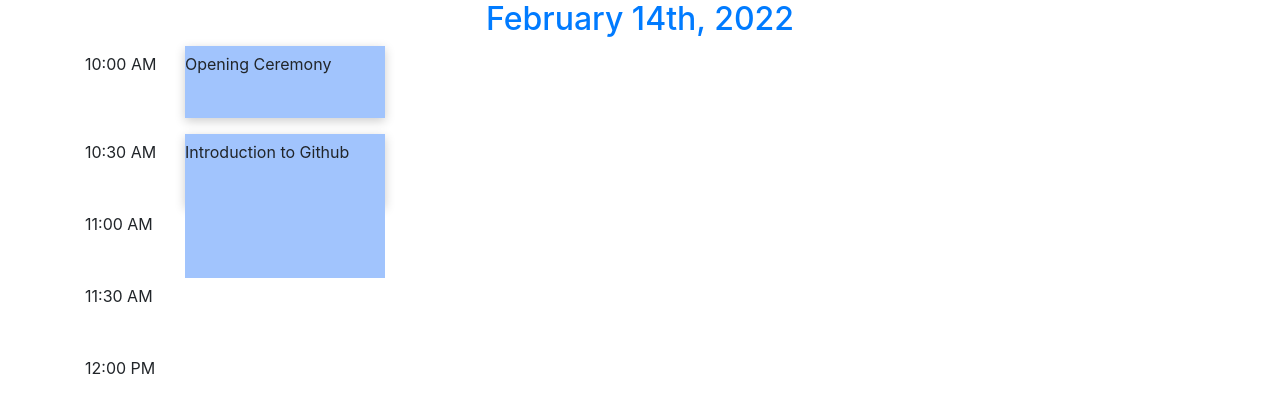
Repository: BaileyLuu/yuHacks2022
Page: public/schedule.html
The author's editor kept a copy of each file at every save. The page is drawn from the files as they stood at one save, then again after the next save.
The browser window is 1280 px wide. The pictures show the whole page.
Some web libraries are served in a nearby version.

Above is the page before, as saved 2021-11-20 13:40:44.

### public/schedule.html
<!DOCTYPE html>
<html lang="en">

<head>
    <meta charset="UTF-8">
    <meta http-equiv="X-UA-Compatible" content="IE=edge">
    <meta name="viewport" content="width=device-width, initial-scale=1.0">

    <script src="https://ajax.googleapis.com/ajax/libs/jquery/3.5.1/jquery.min.js"></script>

    <!-- Popper JS -->
    <script src="https://cdnjs.cloudflare.com/ajax/libs/popper.js/1.12.9/umd/popper.min.js"
        integrity="sha384-ApNbgh9B+Y1QKtv3Rn7W3mgPxhU9K/ScQsAP7hUibX39j7fakFPskvXusvfa0b4Q"
        crossorigin="anonymous"></script>

    <!-- Latest compiled JavaScript -->
    <script src="https://maxcdn.bootstrapcdn.com/bootstrap/4.0.0/js/bootstrap.min.js"
        integrity="sha384-JZR6Spejh4U02d8jOt6vLEHfe/JQGiRRSQQxSfFWpi1MquVdAyjUar5+76PVCmYl"
        crossorigin="anonymous"></script>

    <!-- Latest compiled and minified CSS -->
    <link rel="stylesheet" href="https://maxcdn.bootstrapcdn.com/bootstrap/4.0.0/css/bootstrap.min.css"
        integrity="sha384-Gn5384xqQ1aoWXA+058RXPxPg6fy4IWvTNh0E263XmFcJlSAwiGgFAW/dAiS6JXm" crossorigin="anonymous">

    <!-- AOS CSS Library CDN -->
    <link href="https://unpkg.com/aos@2.3.1/dist/aos.css" rel="stylesheet">
    <!-- Bootstrap Icons -->
    <link rel="stylesheet" href="https://cdn.jsdelivr.net/npm/bootstrap-icons@1.7.0/font/bootstrap-icons.css">



    <script src="https://code.jquery.com/jquery-3.2.1.slim.min.js"
        integrity="sha384-KJ3o2DKtIkvYIK3UENzmM7KCkRr/rE9/Qpg6aAZGJwFDMVNA/GpGFF93hXpG5KkN"
        crossorigin="anonymous"></script>
    <link rel="stylesheet" href="./schedule.css">
    <script src="schedule.js"></script>
    <script src="https://ajax.googleapis.com/ajax/libs/jquery/3.3.1/jquery.min.js"></script>
    <title>yuHacks Schedule</title>
</head>

<body>
    <section class="">
        <div class="container">
            <h2 class="text-primary title text-center">February 14th, 2022</h1>

                <!-- <div class="row row-cols-2">
          <div class="col">Column</div>
          <div class="col">Column</div>
          <div class="col">Column</div>
          <div class="col">Column</div>
          <div class="col">Column</div>
          <div class="col">Column</div>

        </div>
        <div class="row row-cols-2">
            <div class="col">Column</div>
            <div class="col">Column</div>
            <div class="col">Column</div>
            <div class="col">Column</div>
            <div class="col">Column</div>
            <div class="col">Column</div>

          </div> -->
                <div class="schedule-table">



                    <div class="box schedule-time mb-3">
                        <div class="schedule-time" style="width: 100px;">10:00 AM</div>
                        <div class="session-box schedule-time">Opening Ceremony</div>

                    </div>
                    <div class="box schedule-time">
                        <div class="schedule-time" style="width: 100px;">10:30 AM</div>
                        <div class="session-box schedule-time">Introduction to Github</div>

                    </div>
                    <div class="box schedule-time">
                        <div class="schedule-time" style="width: 100px;">11:00 AM</div>
                        <div class="extra-time schedule-time"></div>

                    </div>
                    <div class="box schedule-time">
                        <div class="schedule-time" style="width: 100px;">11:30 AM</div>
                        <!-- <div class="empty- schedule-time">Introduction to Github</div> -->

                    </div>
                    <div class="box schedule-time  mb-3">
                        <div class="schedule-time" style="width: 100px;">12:00 PM</div>

                    </div>

                    <!-- <div class="col-md-8">
              <div>Introduction to Github</div>
              <div></div>
              <div>Introduction to Bootstrap</div>
          </div> -->

                </div>
        </div>
    </section>

    <script src="https://cdnjs.cloudflare.com/ajax/libs/jquery/3.6.0/jquery.min.js"
        integrity="sha512-894YE6QWD5I59HgZOGReFYm4dnWc1Qt5NtvYSaNcOP+u1T9qYdvdihz0PPSiiqn/+/3e7Jo4EaG7TubfWGUrMQ=="
        crossorigin="anonymous" referrerpolicy="no-referrer"></script>
    <!-- Option 1: Bootstrap Bundle with Popper -->
    <script src="https://cdn.jsdelivr.net/npm/bootstrap@5.1.3/dist/js/bootstrap.bundle.min.js"
        integrity="sha384-ka7Sk0Gln4gmtz2MlQnikT1wXgYsOg+OMhuP+IlRH9sENBO0LRn5q+8nbTov4+1p"
        crossorigin="anonymous"></script>

    <script src="https://unpkg.com/aos@2.3.1/dist/aos.js"></script>
    <script>
        AOS.init({
            offset: 500,
            duration: 800,
            once: true,
        }

        );
    </script>
</body>

</html>

### public/schedule.css
/* body {
    background-color: #141c3c;
  } */

.schedule-time{
  display:flex;
  flex-direction: column;
  width: 200px;
  height:10vh;
  box-sizing: border-box;
  z-index: 50;
  line-height: 5vh;
  flex-wrap: wrap;
}
.session-box{
  /* background-image: linear-gradient(120deg, #a1c4fd 0%, #c2e9fb 100%); */
  background-color:#a1c4fd;
  box-shadow: 0 3px 10px rgb(0 0 0 / 0.2);
  position:relative;
  flex-wrap: wrap;
}
.extra-time{
  /* background-image: linear-gradient(180deg, #c2e9fb 100%, #a1c4fd 100%); */
  background-color:#a1c4fd;
  /* box-shadow: 0 3px 10px rgb(0 0 0 / 0.2); */
  position:relative;
  flex-wrap: wrap;
  border:0;
}
.empty-box{
  background-image: white;
  box-shadow: 0 3px 10px rgb(0 0 0 / 0.2);
  position:relative;
  flex-wrap: wrap;
}
.schedule-table{
  display:flex;
  flex-direction:column;

}
/* .box>* {
  flex: 1 1 70px;
} */

Loaded but not shown: public/schedule.js (no copy from this time; the picture is the same without it)

After the next save:
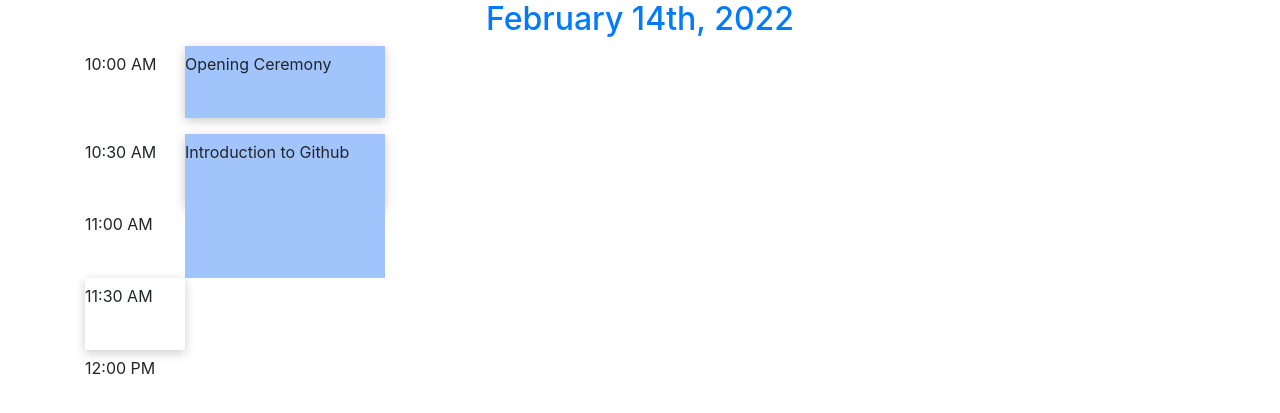
Saved 22 s later.
--- a/public/schedule.html
+++ b/public/schedule.html
@@ -81,7 +81,7 @@
 
                     </div>
                     <div class="box schedule-time">
-                        <div class="schedule-time" style="width: 100px;">11:30 AM</div>
+                        <div class="empty-box schedule-time" style="width: 100px;">11:30 AM</div>
                         <!-- <div class="empty- schedule-time">Introduction to Github</div> -->
 
                     </div>
